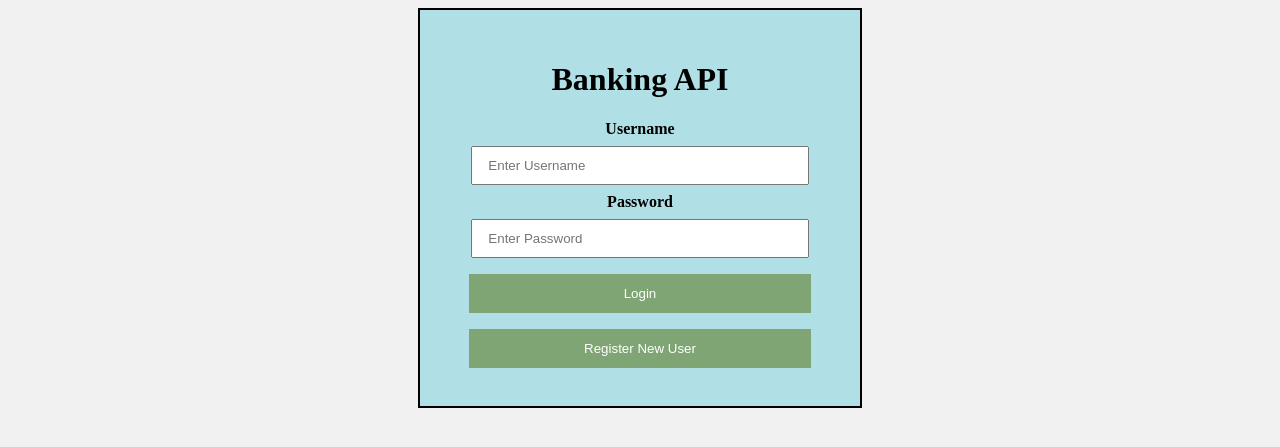
Repository: kennyufish/Revature_ROCP1_Project_Banking_API
Page: banking_api/src/main/webapp/index.html
An editor plug-in stored every save of this project. The page is shown before and after the next save, followed by the edit.
The browser window is 1280 px wide. The pictures show the whole page.
The pointer rests on the first visible `button`.

Above is the page before, as saved 2020-10-10 04:54:58.

After the next save:
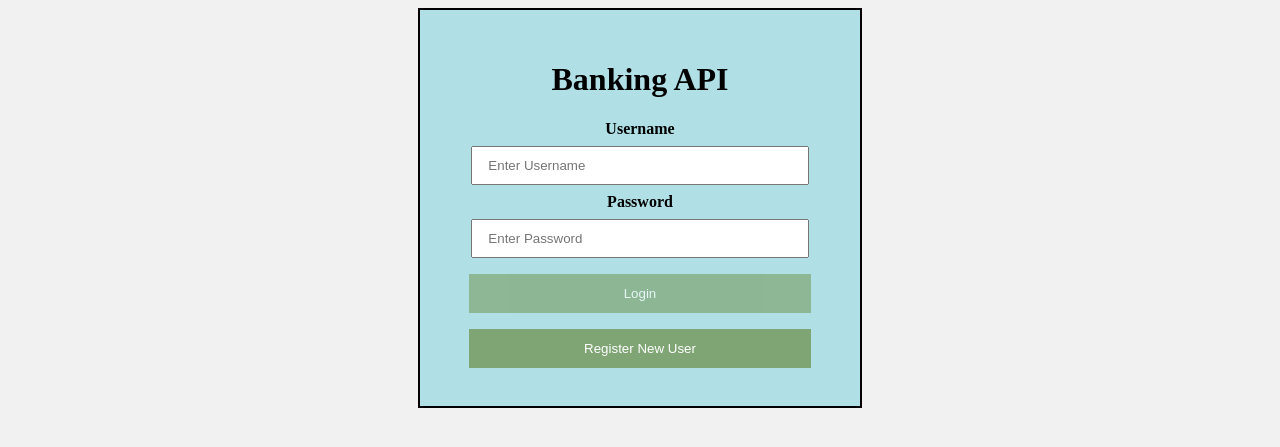
Saved 24 s later.
--- a/banking_api/src/main/webapp/index.html
+++ b/banking_api/src/main/webapp/index.html
@@ -37,6 +37,9 @@ button{
 	width:90%;
 }
 
+button:hover{
+opacity:0.7}
+
 
 </style>
 </head>
